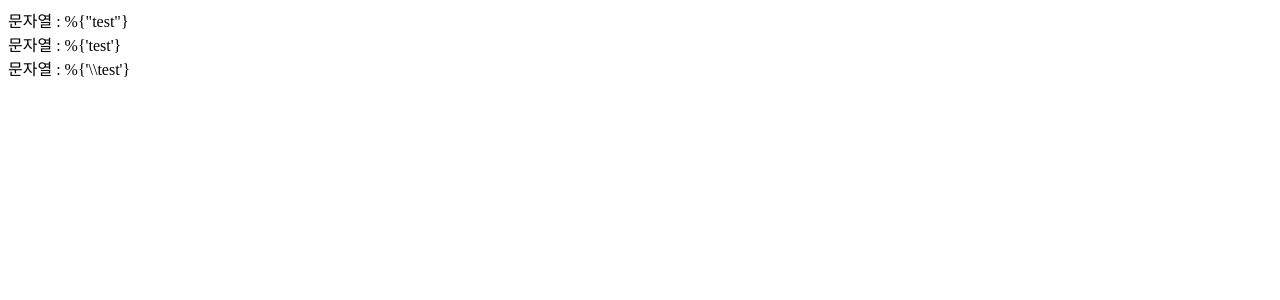
Repository: rumor1993/KH1
Page: http://localhost/JspProject/ch12/Expression_Language2/EL_test2.jsp
The author's editor kept a copy of each file at every save. The page is drawn from the files as they stood at one save, then again after the next save.
The browser window is 1280 px wide. The pictures show the whole page.
The page is served by Tomcat 9.

Above is the page before, as saved 2018-05-03 02:30:46.

After the next save:
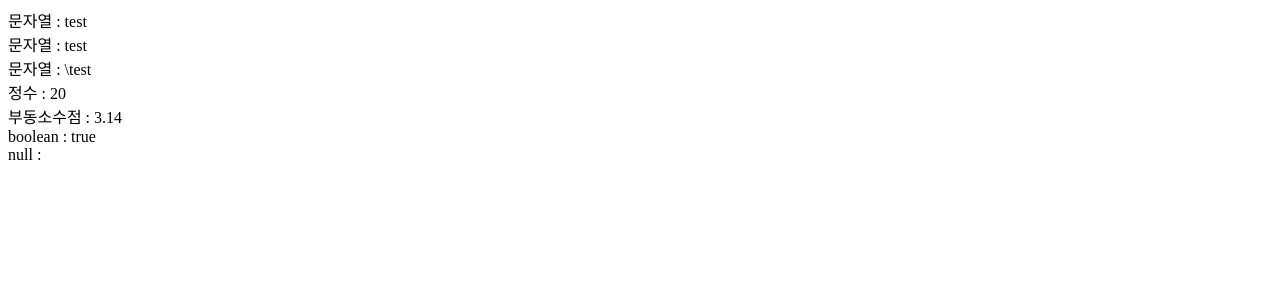
Saved 116 s later.
--- a/JspProject/WebContent/ch12/Expression_Language2/EL_test2.jsp
+++ b/JspProject/WebContent/ch12/Expression_Language2/EL_test2.jsp
@@ -10,11 +10,15 @@
 <title>리터럴 표현식</title>
 </head>
 <body>
-	문자열 : %{"test"}<br>
-	문자열 : %{'test'}<br>
+	문자열 : ${"test"}<br>
+	문자열 : ${'test'}<br>
 
 	<%-- "\"를 출력 할려면 두 개 사용합니다. --%>
 
-	문자열 : %{'\\test'}<br>
+	문자열 : ${'\\test'}<br>
+	정수 : ${20}<br>
+	부동소수점 : ${3.14}<br>
+	boolean : ${true}<br>
+	null : ${null}<br>
 </body>
 </html>
